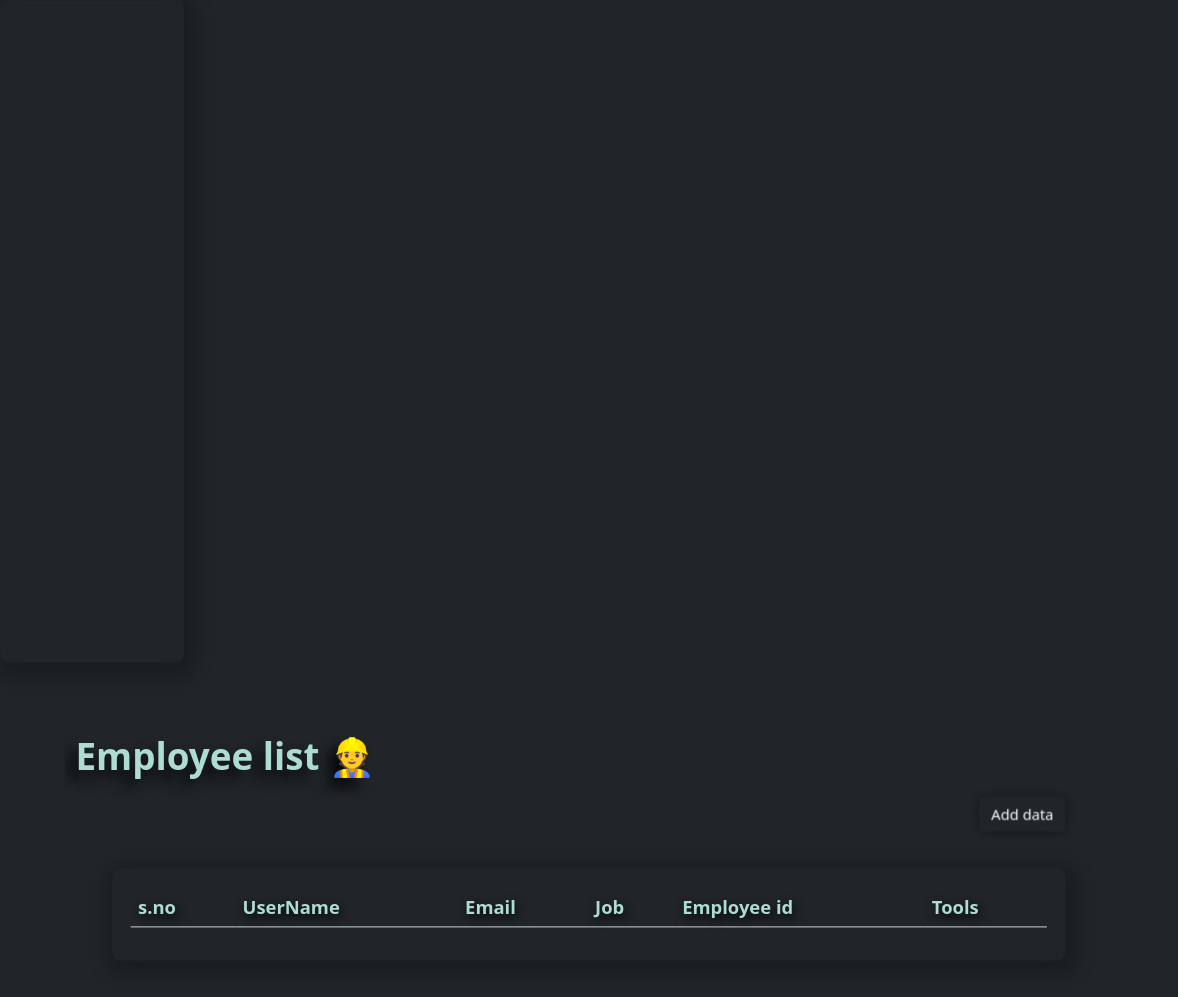
Repository: iamevs/Employee-Management-System
Page: /home (app in client/)
These files come from the project's save history. The page is drawn as it stood at one moment and after the next save; the edit follows.
The browser window is 1280 px wide. The pictures show the whole page, at 92% of full size.
The page's requests for data from a server got no answer. The project was rebuilt for these pictures with package versions that can differ from the ones it lists, and the page was loaded fresh each time. No one was signed in, and anything a server would have sent is missing. Also part of the build but not shown: client/vite.config.js, client/src/components/Register.jsx, client/src/components/Edit.jsx, client/src/components/Hero.jsx. Imported but missing from the stored project, and not drawn on this page: client/src/components/Details.

Above is the page before, as saved 2022-11-29 01:33:24.

### client/index.html
<html lang="en">
  <head>
    <meta charset="UTF-8" />
    <link rel="icon" type="image/svg+xml" href="/vite.svg" />
    <meta name="viewport" content="width=device-width, initial-scale=1.0" />
    <title>employee-management</title>
  </head>
  <body>
    <div id="root"></div>
    <script type="module" src="/src/main.jsx"></script>
  </body>
</html>

### client/src/main.jsx
import React, { StrictMode } from 'react';
import ReactDOM from 'react-dom';
import { createRoot } from "react-dom/client";
import './index.css';
import App from './App';
import { BrowserRouter } from "react-router-dom"
import ContextProvider from "./components/context/ContextProvider";
// root.render(
//   <StrictMode>
//   <ContextProvider>
//     <BrowserRouter>
//       <App />
//     </BrowserRouter>
//   </ContextProvider>
//   </StrictMode>
//   ,
//   document.getElementById('root')
// );


createRoot(document.getElementById('root')).render(
  <ContextProvider>
    <BrowserRouter>
      <App />
    </BrowserRouter>
  </ContextProvider>
)

### client/src/index.css
body {
  margin: 0;
  font-family: -apple-system, BlinkMacSystemFont, 'Segoe UI', 'Roboto', 'Oxygen',
    'Ubuntu', 'Cantarell', 'Fira Sans', 'Droid Sans', 'Helvetica Neue',
    sans-serif;
  -webkit-font-smoothing: antialiased;
  -moz-osx-font-smoothing: grayscale;
  background-color: #212529 !important;
  color: #fff !important;
}

code {
  font-family: source-code-pro, Menlo, Monaco, Consolas, 'Courier New',
    monospace;
}

.btns{
  display: flex;
  justify-content: space-between;
}

.btns > .tool, .tool{
  /* border: 1px solid #fff; */
  backdrop-filter: blur(10px);
  box-shadow: 0px 0px 9px 1px rgb(0 0 0 / 35%);
}

.form-control{
  background-color: #212529 !important;
  color: #C8DBBE !important;
  border: 1px solid #fff !important;
}

### client/src/App.jsx
import './App.css';
import "../node_modules/bootstrap/dist/css/bootstrap.min.css"
import "../node_modules/bootstrap/dist/js/bootstrap.bundle.min.js"
import Navbar from './components/Navbar';
import Home from './components/Home';
import Register from './components/Register';
import Edit from './components/Edit';
import Details from './components/Details';
import Hero from "./components/Hero.jsx";
import {Routes,Route} from "react-router-dom"




function App() {
  return (
   <>
    <Navbar />
    <Routes>
      <Route path="/" element={<Hero/>} />
      <Route  path="/home" element={<Home/>} />
      <Route exact path="/register" element={<Register/>} />
      <Route exact path="/edit/:id" element={<Edit/>} />
      <Route exact path="/view/:id" element={<Details/>} />
    </Routes>

   </>
  );
}

export default App;

### client/src/components/context/ContextProvider.jsx
import React, { createContext, useState } from 'react'


export const adddata = createContext("");
export const updatedata = createContext("");
export const deldata = createContext("");

const ContextProvider = ({ children }) => {

    const [udata, setUdata] = useState("");
    const [updata, setUPdata] = useState("");
    const [dltdata, setDLTdata] = useState("");


    return (
        <adddata.Provider value={{ udata, setUdata }}>
            <updatedata.Provider value={{ updata, setUPdata }}>
                <deldata.Provider value={{dltdata, setDLTdata}}>
                    {children}
                </deldata.Provider>

            </updatedata.Provider>

        </adddata.Provider>
    )
}

export default ContextProvider;

### client/src/App.css
.add_btn{
  text-align: right;
}

.container{
  overflow: auto;
}

.left_view h3{
  font-size: 21px;
}

.left_view p{
  font-weight: 600;
}

.left_view span{
  font-weight: 400;
}

.right_view p{
  font-weight: 600;
}


.right_view span{
  font-weight: 400;
}

### client/src/components/Navbar.jsx
import React from 'react'
import { NavLink } from 'react-router-dom'
import { Box, Stack } from "@mui/material";


const Navbar = () => {
    return (
        // <Stack justifyContent={"center"} direction={"row"} marginTop={"10px"}>
        //     <Box justifyContent={"space-between"} alignItems={"center"} className="navbar navbar-expand-lg text-white" sx={{
        //         backgroundColor: "transparent",
        //         backdropFilter: "blur(10px) !important",
        //         position: "relative",
        //         color: "white",
        //         boxShadow: "4px 7px 20px 11px rgb(0 0 0 / 20%)",
        //         height: "60px",
        //         padding: "0 40px 0 40px",
        //         width: "auto",
        //         borderRadius: "10px"
        //     }}>
        //         <Box sx={{
        //             fontSize: "1.5rem",
        //             color: "#ADDDD0",
        //             fontWeight: "600",
        //             textShadow: "-10px 10px 15px rgba(0, 0, 0, 0.8)",
        //             marginRight: "100px"
        //         }}>Employee management Dashboard</Box>
        //         <Box direction={"row"}>
        //             <a href="/home" style={{
        //                 fontSize: "1.5rem",
        //                 color: "#ADDDD0",
        //                 fontWeight: "600",
        //                 textShadow: "-10px 10px 15px rgba(0, 0, 0, 0.8)",
        //                 textDecoration: "none",
        //             }}>Home</a>
        //             <a href="/" style={{
        //                 fontSize: "1.5rem",
        //                 color: "#ADDDD0",
        //                 fontWeight: "600",
        //                 textShadow: "-10px 10px 15px rgba(0, 0, 0, 0.8)",
        //                 textDecoration: "none",
        //                 marginLeft: "20px"
        //             }}>Docs</a>

        //         </Box>
        //     </Box>
        // </Stack>
        <Stack direction={"column"} sx={{
            backgroundColor: "transparent",
            backdropFilter: "blur(10px) !important",
            position: "relative",
            color: "white",
            boxShadow: "4px 7px 20px 11px rgb(0 0 0 / 20%)",
            height: "100vh",
            width: "200px",
            borderRadius: "10px"

        }}>

        </Stack>
    )
}

export default Navbar

### client/src/components/Home.jsx
import React, { useState, useEffect, useContext } from 'react'
import ReadMoreRoundedIcon from '@mui/icons-material/ReadMoreRounded';
import NoteAltOutlinedIcon from '@mui/icons-material/NoteAltOutlined';
import DeleteOutlineIcon from '@mui/icons-material/DeleteOutline';
import { NavLink } from 'react-router-dom';
import { adddata, deldata } from './context/ContextProvider';
import { updatedata } from './context/ContextProvider'
import ReactTooltip from 'react-tooltip';

var getuserlink = "http://localhost:8001/getusers";


const Home = () => {

    const [getuserdata, setUserdata] = useState([]);

    console.log(getuserdata);

    const { udata, setUdata } = useContext(adddata);

    const { updata, setUPdata } = useContext(updatedata);

    const { dltdata, setDLTdata } = useContext(deldata);

    const getdata = async () => {

        const res = await fetch(getuserlink, {
            method: "GET",
            headers: {
                "Content-Type": "application/json"
            }
        });

        const data = await res.json();
        console.log(data);

        if (res.status === 422 || !data) {
            console.log("error ");

        } else {
            setUserdata(data)
            console.log("get data");

        }
    }

    useEffect(() => {
        getdata();
    }, [])

    const deleteuser = async (id) => {

        const res2 = await fetch(`/deleteuser/${id}`, {
            method: "DELETE",
            headers: {
                "Content-Type": "application/json"
            }
        });

        const deletedata = await res2.json();
        console.log(deletedata);

        if (res2.status === 422 || !deletedata) {
            console.log("error");
        } else {
            console.log("user deleted");
            setDLTdata(deletedata)
            getdata();
        }

    }


    return (

        <>
            {
                udata ?
                    <>
                        <div className="alert alert-success alert-dismissible fade show" role="alert">
                            <strong>{udata.name}</strong>  added succesfully!
                            <button type="button" className="btn-close" data-bs-dismiss="alert" aria-label="Close"></button>
                        </div>
                    </> : ""
            }
            {
                updata ?
                    <>
                        <div className="alert alert-success alert-dismissible fade show" role="alert">
                            <strong>{updata.name}</strong>  updated succesfully!
                            <button type="button" className="btn-close" data-bs-dismiss="alert" aria-label="Close"></button>
                        </div>
                    </> : ""
            }

            {
                dltdata ?
                    <>
                        <div className="alert alert-danger alert-dismissible fade show" role="alert">
                            <strong>{dltdata.name}</strong>  deleted succesfully!
                            <button type="button" className="btn-close" data-bs-dismiss="alert" aria-label="Close"></button>
                        </div>
                    </> : ""
            }


            <div className="mt-5">
                <div className="container">

                    <h2 style={{
                        marginTop: "30px",
                        fontSize: "2.5rem",
                        color: "#ADDDD0",
                        fontWeight: "600",
                        marginBottom: "20px",
                        textShadow: "-10px 10px 15px rgba(0, 0, 0, 0.8)"
                    }}>Employee list <span style={{ fontSize: "40px" }}>👷</span> </h2>
                    <div className="add_btn mt-2 mb-2">
                        <NavLink to="/register" className="btn text-white tool" style={{marginRight: "40px"}}>Add data</NavLink>
                    </div>

                    <div className='table-responsive' style={{
                        backgroundColor: "transparent",
                        backdropFilter: "blur(10px) !important",
                        // position: "relative",
                        // color: "#ADDDD0",
                        boxShadow: "4px 7px 20px 11px rgb(0 0 0 / 20%)",
                        borderRadius: "10px",
                        padding: "20px",
                        height: "auto",
                        margin: "40px"
                    }}>
                        <table class="table">
                            <thead>
                                <tr className="table" style={{
                                    fontSize: "20px",
                                    color: "#ADDDD0",
                                    filter: "drop-shadow(2px 4px 6px black)",
                                }}>
                                    <th scope="col">s.no</th>
                                    <th scope="col">UserName</th>
                                    <th scope="col">Email</th>
                                    <th scope="col">Job</th>
                                    <th scope="col">Employee id</th>
                                    <th scope="col">Tools</th>
                                </tr>
                            </thead>
                            <tbody>

                                {
                                    getuserdata.map((val, ind) => {
                                        return (
                                            <tr className='text-white'>
                                                <th scope="row">{ind + 1}</th>
                                                <td>{val.name}</td>
                                                <td>{val.email}</td>
                                                <td>{val.work}</td>
                                                <td>{val.mobile}</td>
                                                <td className='btns'>
                                                    <NavLink to={`/view/${val._id}`} className="btn text-white tool" data-tip="More Details"><ReadMoreRoundedIcon /></NavLink>
                                                    <NavLink to={`/update/${val._id}`} className="btn text-white tool" data-tip="Edit Details"><NoteAltOutlinedIcon /></NavLink>
                                                    <button onClick={() => deleteuser(val._id)} className="btn text-white tool" data-tip="Fire Employee"><DeleteOutlineIcon /></button>
                                                    <ReactTooltip />
                                                </td>
                                            </tr>
                                        )
                                    })
                                }
                            </tbody>
                        </table>
                    </div>
                </div>
            </div>
        </>
    )
}

export default Home

After the next save:
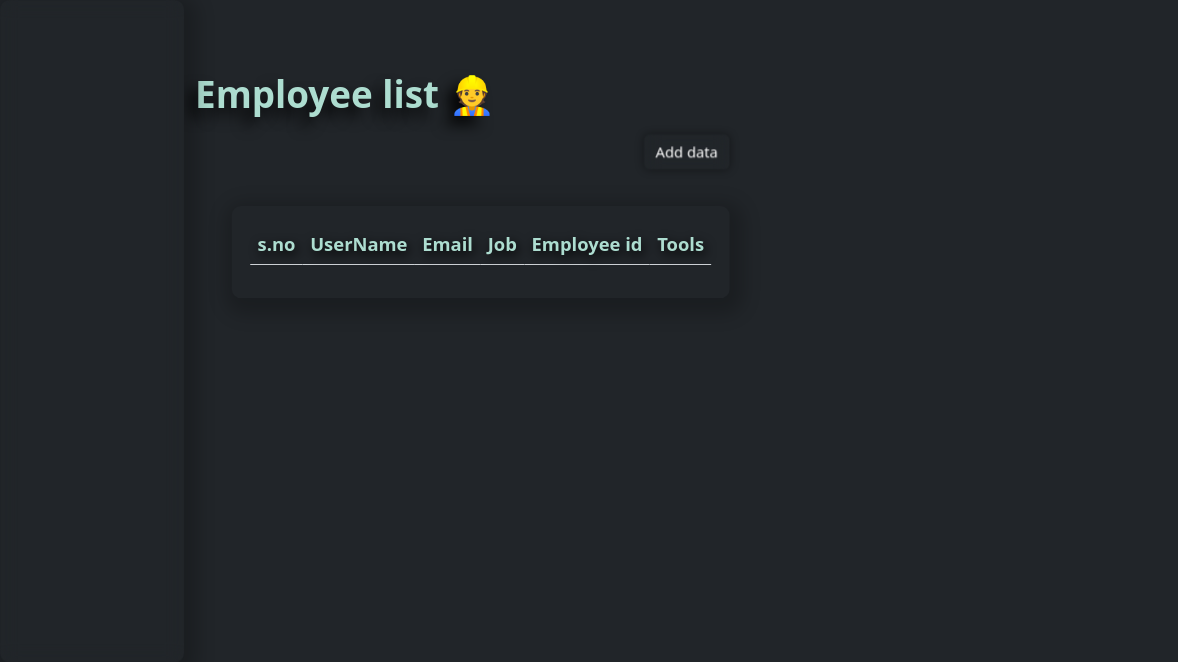
Saved 45 s later.
--- a/client/src/App.jsx
+++ b/client/src/App.jsx
@@ -7,24 +7,27 @@ import Register from './components/Register';
 import Edit from './components/Edit';
 import Details from './components/Details';
 import Hero from "./components/Hero.jsx";
-import {Routes,Route} from "react-router-dom"
+import { Routes, Route } from "react-router-dom"
+import { Stack } from '@mui/system';
 
 
 
 
 function App() {
   return (
-   <>
-    <Navbar />
-    <Routes>
-      <Route path="/" element={<Hero/>} />
-      <Route  path="/home" element={<Home/>} />
-      <Route exact path="/register" element={<Register/>} />
-      <Route exact path="/edit/:id" element={<Edit/>} />
-      <Route exact path="/view/:id" element={<Details/>} />
-    </Routes>
+    <>
+      <Stack direction={"row"}>
+        <Navbar />
+        <Routes>
+          <Route path="/" element={<Hero />} />
+          <Route path="/home" element={<Home />} />
+          <Route exact path="/register" element={<Register />} />
+          <Route exact path="/edit/:id" element={<Edit />} />
+          <Route exact path="/view/:id" element={<Details />} />
+        </Routes>
+      </Stack>
 
-   </>
+    </>
   );
 }
 
